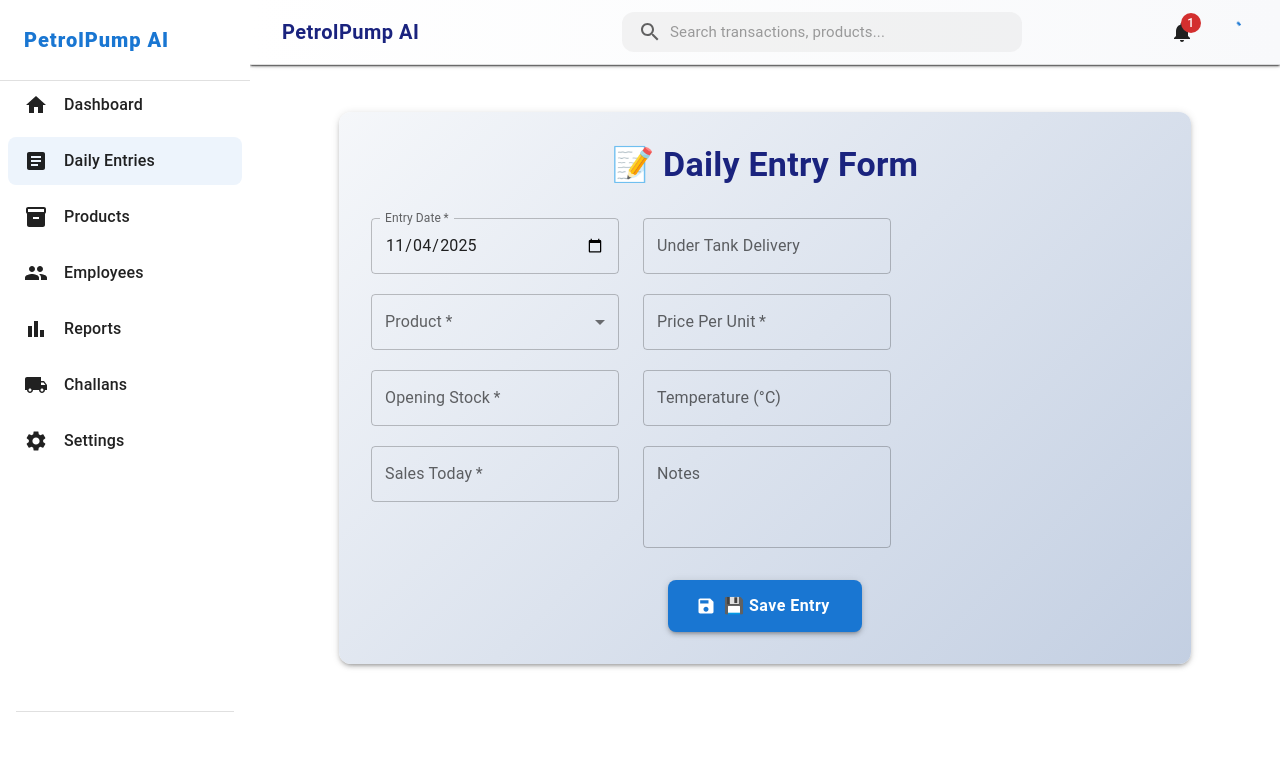
Repository: saquib0509/AI-Enabled-Retail-Management-
Page: /entries (app in frontend/)
These files come from the project's save history. The page is drawn as it stood at one moment and after a run of saves; the edit follows.
The browser window is 1280 px wide. The pictures show the whole page.
The page's requests for data from a server got no answer. The project was rebuilt for these pictures with package versions that can differ from the ones it lists, and the page was loaded fresh each time. No one was signed in, and anything a server would have sent is missing. Also part of the build but not shown: frontend/vite.config.ts, frontend/src/pages/Dashboard.tsx, frontend/src/components/EmployeeList.tsx, frontend/src/components/EmployeeForm.tsx, frontend/src/components/EmployeeAttendance.tsx, frontend/src/components/EmployeeSalary.tsx, frontend/src/pages/Employees.tsx, frontend/src/pages/Products.tsx and 10 more.

Above is the page before, as saved 2025-11-08 23:11:30.

After the next 2 saves:
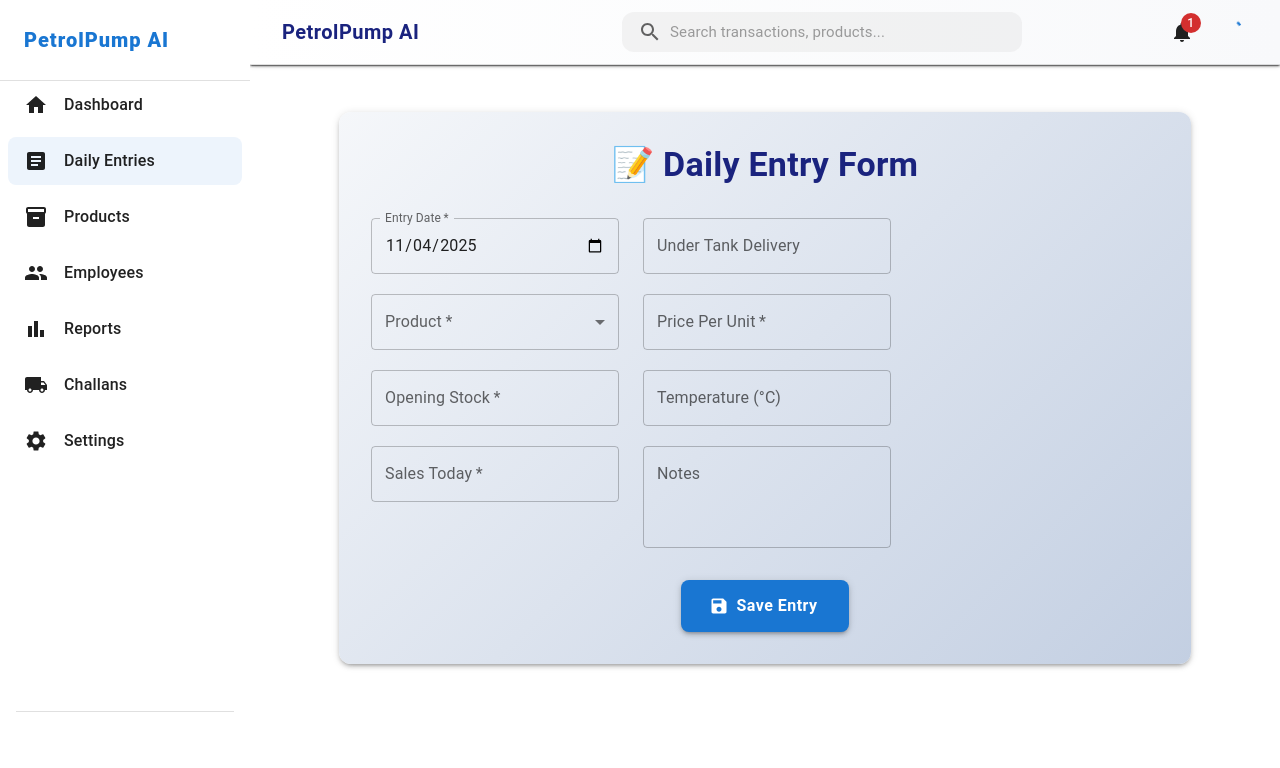
The 2 saves are shown as one change because they came seconds apart.
The last was saved 7 s later.
--- a/frontend/src/components/DailyEntryForm.tsx
+++ b/frontend/src/components/DailyEntryForm.tsx
@@ -253,7 +253,7 @@ const DailyEntryForm: React.FC = () => {
                 },
               }}
             >
-              {loading ? "⏳ Saving..." : "💾 Save Entry"}
+              {loading ? "Saving..." : " Save Entry"}
             </Button>
           </Box>
         </Box>
